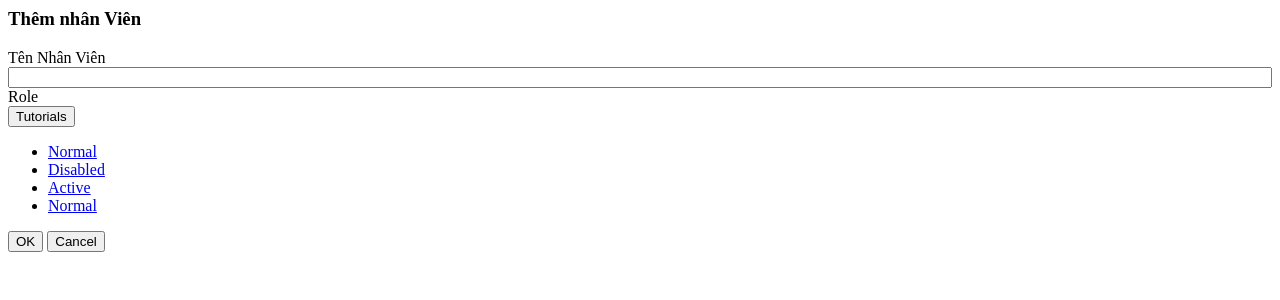
Repository: chickenoken/LuanAn
Page: http://localhost/net/quanLyNhanVienControl
The author's editor kept a copy of each file at every save. The page is drawn from the files as they stood at one save, then again after the next save.
The browser window is 1280 px wide. The pictures show the whole page.
The page is served by Tomcat 9. Other server files are loaded and not shown.

Above is the page before, as saved 2019-06-17 09:36:46.

### net/src/main/webapp/WEB-INF/pages/quanLyNhanVienControl.jsp
<div class="modal-header">
  <h3>Thêm nhân Viên</h3>
</div>
<div class="modal-body">
  <div class="row">
    <div class="form-group">
      <div class="col-md-4"><span>Tên Nhân Viên</span></div>
      <div class="col-md-8"><input type="text" ng-model="model.form.control.tenNv" style="width : 100%"></div>
    </div>
  </div>

  <div class="row">
    <div class="form-group">
      <div class="col-md-4"><span>Role</span></div>
      <div class="col-md-8">
			  <div class="dropdown">
			    <button class="btn btn-default dropdown-toggle" type="button" data-toggle="dropdown">Tutorials
			    <span class="caret"></span></button>
			    <ul class="dropdown-menu">
			      <li><a href="#">Normal</a></li>
			      <li class="disabled"><a href="#">Disabled</a></li>
			      <li class="active"><a href="#">Active</a></li>
			      <li><a href="#">Normal</a></li>
			    </ul>
  </div>
      </div>
    </div>
  </div>

</div>
<div class="modal-footer">
    <button class="btn btn-primary" ng-click="ok()">OK</button>
    <button class="btn btn-warning" ng-click="cancel()">Cancel</button>
</div>

### net/src/main/java/org/planning/net/dto/LoginDto.java
package org.planning.net.dto;

import lombok.Getter;
import lombok.Setter;

@Getter
@Setter
public class LoginDto {

    private String maNhanVien;

    private String tenNhanVien;

    private String taiKhoan;

    private String matKhau;

	public String getTaiKhoan() {
        return taiKhoan;
    }

    public void setTaiKhoan(String taiKhoan) {
        this.taiKhoan = taiKhoan;
    }

    public String getMatKhau() {
        return matKhau;
    }

    public void setMatKhau(String matKhau) {
        this.matKhau = matKhau;
    }

    public String getMaNhanVien() {
		return maNhanVien;
	}

	public void setMaNhanVien(String maNhanVien) {
		this.maNhanVien = maNhanVien;
	}

	public String getTenNhanVien() {
		return tenNhanVien;
	}

	public void setTenNhanVien(String tenNhanVien) {
		this.tenNhanVien = tenNhanVien;
	}
}

After the next save:
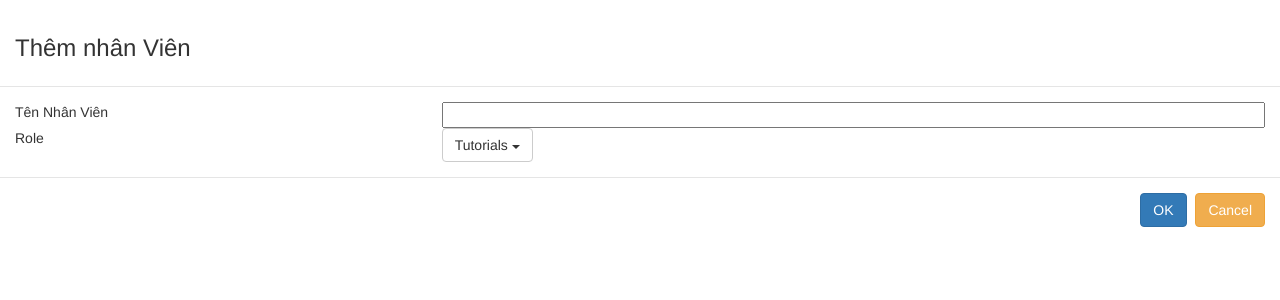
Saved 52 s later.
--- a/net/src/main/webapp/WEB-INF/pages/quanLyNhanVienControl.jsp
+++ b/net/src/main/webapp/WEB-INF/pages/quanLyNhanVienControl.jsp
@@ -1,3 +1,4 @@
+  <link rel="stylesheet" href="https://maxcdn.bootstrapcdn.com/bootstrap/3.4.0/css/bootstrap.min.css">
 <div class="modal-header">
   <h3>Thêm nhân Viên</h3>
 </div>

After the save that followed:
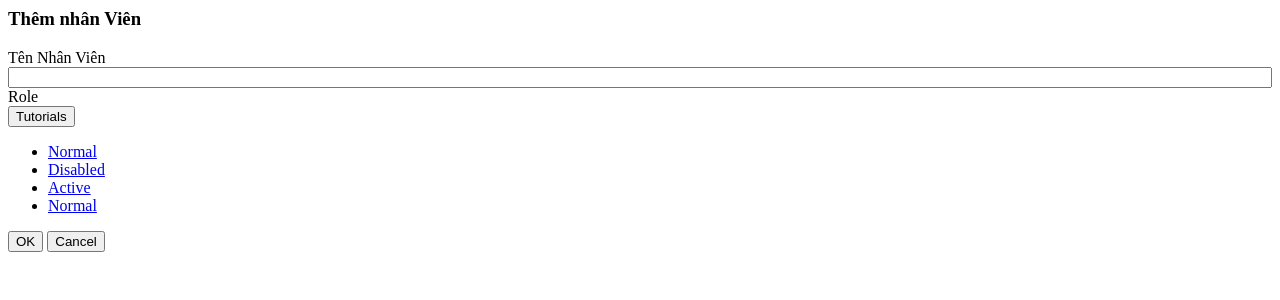
Saved 29 s later.
--- a/net/src/main/webapp/WEB-INF/pages/quanLyNhanVienControl.jsp
+++ b/net/src/main/webapp/WEB-INF/pages/quanLyNhanVienControl.jsp
@@ -1,4 +1,4 @@
-  <link rel="stylesheet" href="https://maxcdn.bootstrapcdn.com/bootstrap/3.4.0/css/bootstrap.min.css">
+
 <div class="modal-header">
   <h3>Thêm nhân Viên</h3>
 </div>
